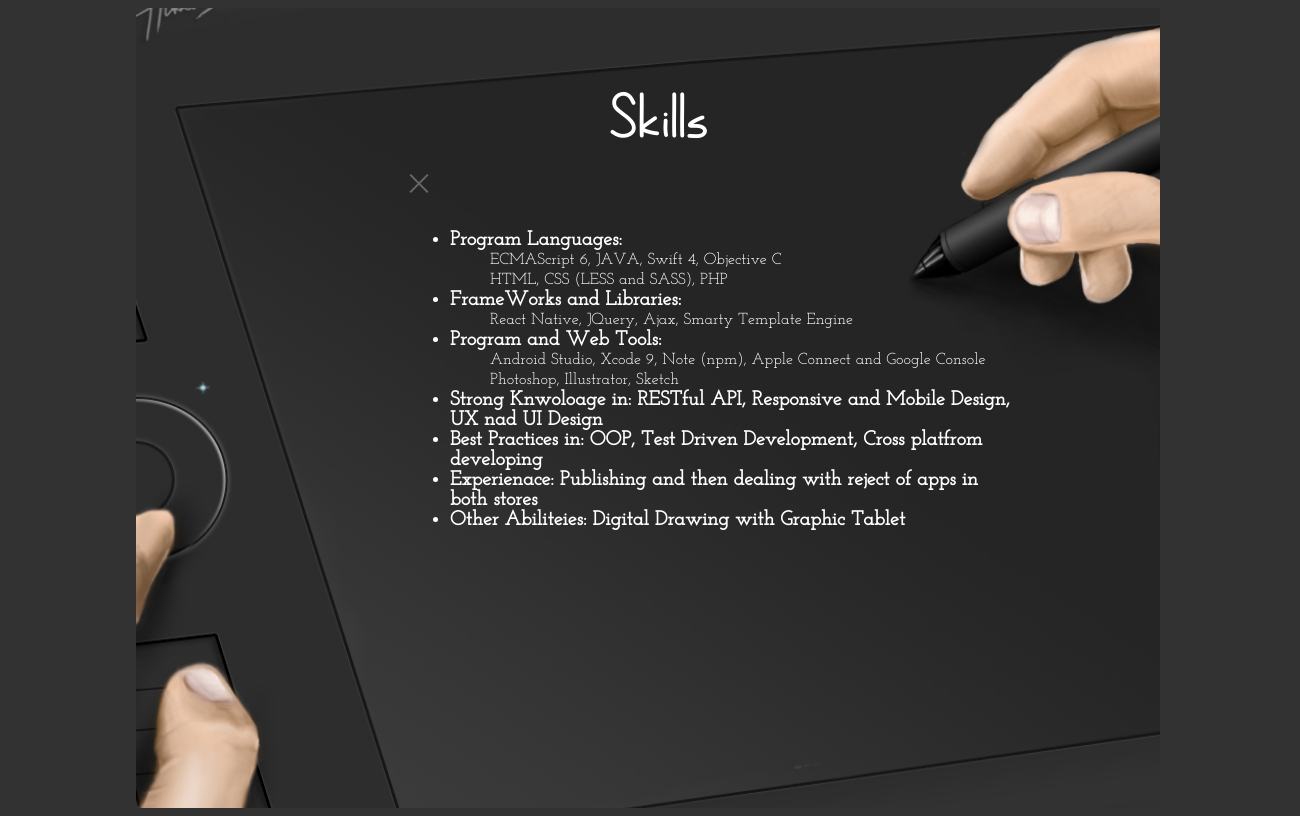
Repository: nikichanko/cv
Page: index.html
An editor plug-in stored every save of this project. The page is shown before and after the next save, followed by the edit.
The browser window is 1280 px wide. The page is 1300 px wide, so the pictures cover 1300 px, including what lies to the right of the window. The pictures show the whole page.
After loading, the first visible `div.item` was clicked once.

Above is the page before, as saved 2018-08-08 23:27:13.

After the next save:
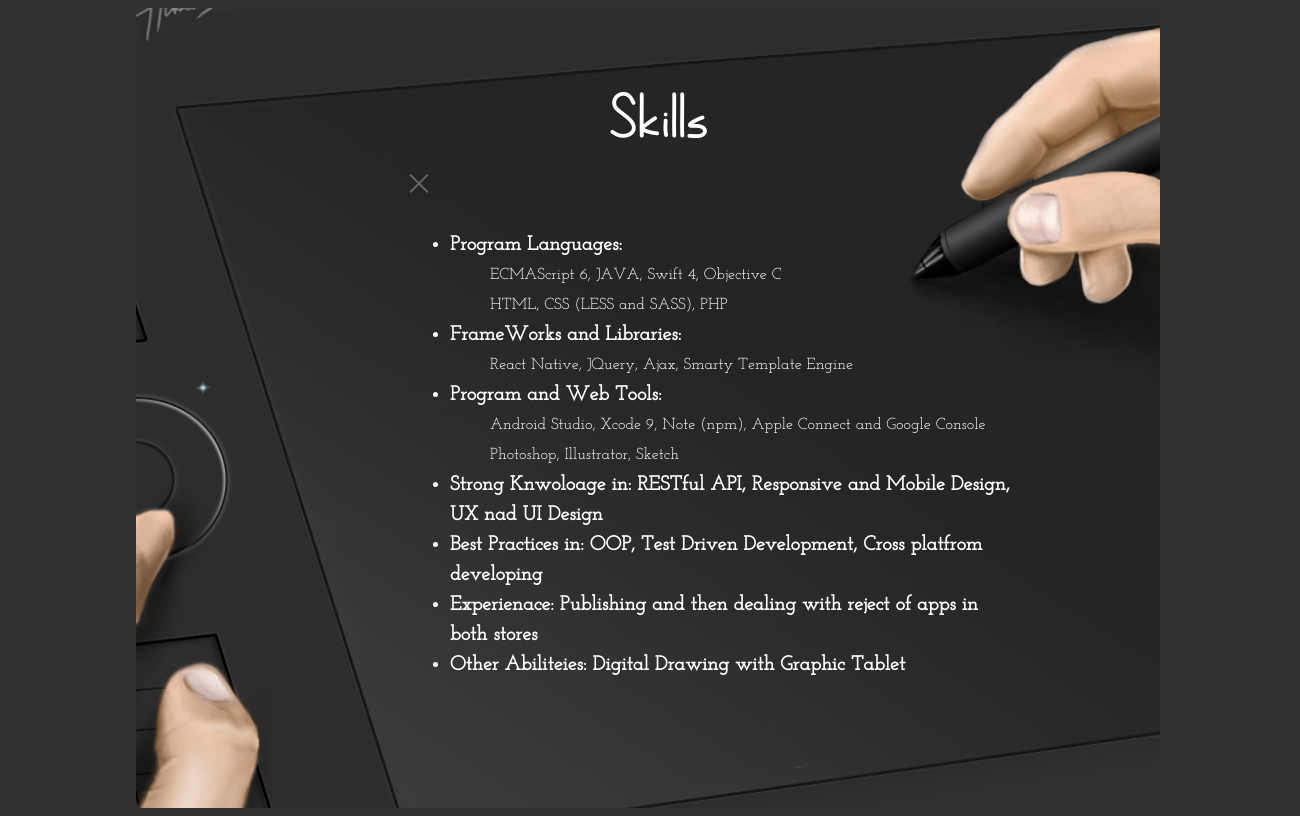
Saved 12 s later.
--- a/css/styles.css
+++ b/css/styles.css
@@ -77,7 +77,7 @@ body {
   visibility: visible;
 }
 .content.skills {
-  line-height: 20px;
+  line-height: 30px;
 }
 .content.skills li {
   font-weight: bold;
